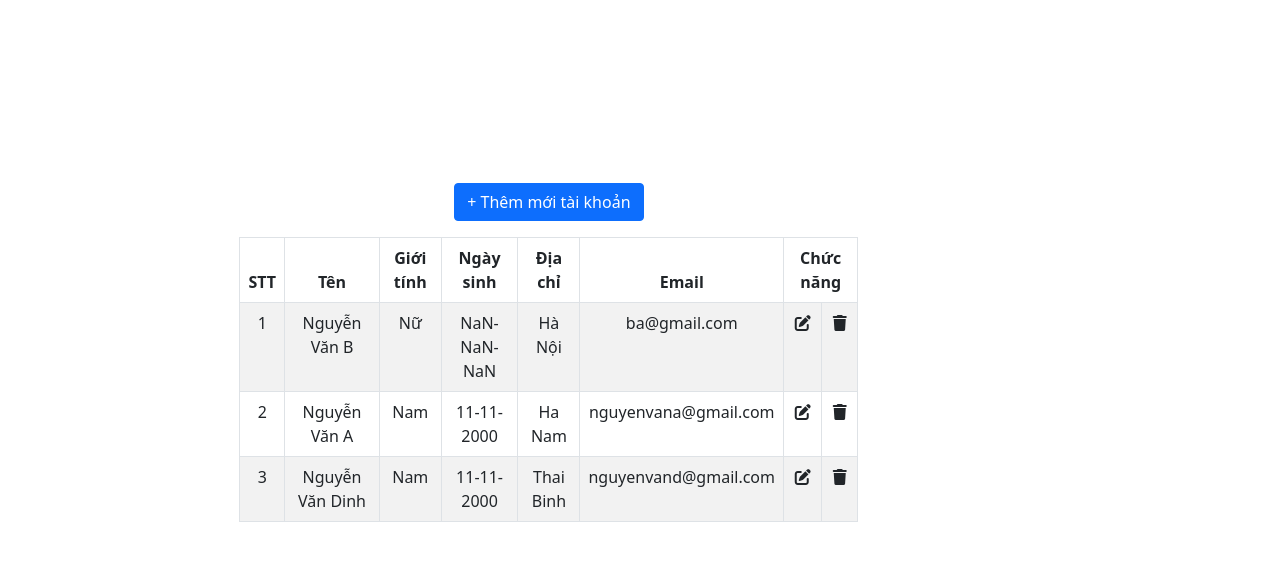
Repository: TinhTT336/MD02_Session12
Page: / (app in client/)
The author's editor kept a copy of each file at every save. The page is drawn from the files as they stood at one save, then again after the next save.
The browser window is 1280 px wide. The pictures show the whole page.
The project was rebuilt for these pictures with package versions that can differ from the ones it lists, and the page was loaded fresh each time. Requests to the local data server were answered from the project's data file. Also part of the build but not shown: client/vite.config.js, client/src/components/admin/manager-product/FormAdd.jsx, client/src/components/admin/manager-product/FormEdit.jsx, client/src/pages/product/ListProduct.jsx, client/src/components/admin/manager-user/FormAddUser.jsx, client/src/components/admin/manager-user/FormEditUser.jsx.

Above is the page before, as saved 2023-09-12 09:27:10.

### client/index.html
<!DOCTYPE html>
<html lang="en">
  <head>
    <meta charset="UTF-8" />
    <link rel="icon" type="image/svg+xml" href="/vite.svg" />
    <meta name="viewport" content="width=device-width, initial-scale=1.0" />
    <title>Vite + React</title>
    <link
      href="https://cdn.jsdelivr.net/npm/bootstrap@5.0.2/dist/css/bootstrap.min.css"
      rel="stylesheet"
      integrity="sha384-EVSTQN3/azprG1Anm3QDgpJLIm9Nao0Yz1ztcQTwFspd3yD65VohhpuuCOmLASjC"
      crossorigin="anonymous"
    />
    <link
      rel="stylesheet"
      href="https://cdnjs.cloudflare.com/ajax/libs/font-awesome/6.4.2/css/all.min.css"
      integrity="sha512-z3gLpd7yknf1YoNbCzqRKc4qyor8gaKU1qmn+CShxbuBusANI9QpRohGBreCFkKxLhei6S9CQXFEbbKuqLg0DA=="
      crossorigin="anonymous"
      referrerpolicy="no-referrer"
    />
  </head>
  <body>
    <div id="root"></div>
    <script type="module" src="/src/main.jsx"></script>
  </body>
</html>

### client/src/App.jsx
import { useState } from 'react'
import reactLogo from './assets/react.svg'
import viteLogo from '/vite.svg'
import './App.css'
import ListProduct from './pages/product/ListProduct'
import ListUser from './pages/admin/ListUser'

function App() {
  const [count, setCount] = useState(0)

  return (
    <>
      {/* <ListProduct /> */}
      <ListUser />
    </>
  )
}

export default App

### client/src/pages/admin/ListUser.jsx
import React, { useEffect, useState } from 'react';
import axios from 'axios';// khong co dau ngoac nhon
import { notification } from 'antd';
import FormAddUser from '../../components/admin/manager-user/FormAddUser';
import FormEditUser from '../../components/admin/manager-user/FormEditUser';
import { formatDate } from '../../utils/formatData';

export default function ListUser() {
    const [users, setUsers] = useState([]);
    const [show, setShow] = useState(false);
    const [showEdit, setShowEdit] = useState(false);
    const [idEdit, setIdEdit] = useState(null);
    // goi API lấy tất cả thông tin
    const loadData = () => {
        axios.get("http://localhost:8000/users")
            .then(response => setUsers(response.data))
            .catch(error => console.log(error))
    }

    useEffect(() => {
        loadData();
    }, [])

    // ham xoa du lieu
    const handleDelete = (id) => {
        axios.delete(`http://localhost:8000/users/${id}`)
            .then(response => {
                if (response.status === 200) {
                    notification.success({
                        message: "Thành công!",
                        description: "Xoá tài khoản thành công"
                    });
                    loadData();
                }
            })
            .catch(error => console.log(error))
    }

    // ham hien form them moi
    const handleShow = () => {
        setShow(true);
    }

    // ham dong form them moi
    const handleClose = () => {
        setShow(false);
    }

    // ham hien form edit
    const handleShowEdit = (id) => {
        setShowEdit(true);
        setIdEdit(id);
    }

    // ham dong form edit
    const handleCloseEdit = () => {
        setShowEdit(false);
    }
    return (
        <>
            {/* Form them moi */}
            {show && <FormAddUser handleClose={handleClose} loadData={loadData} />}
            {/* Form edit */}
            {showEdit && <FormEditUser handleCloseEdit={handleCloseEdit} loadData={loadData} idEdit={idEdit} />}
            <div className='container w-75 d-flex align-items-center justify-content-center flex-column m-3'>
                <div className=''>
                    <button onClick={handleShow} className='btn btn-primary mb-3'>+ Thêm mới tài khoản</button>
                </div>
                <table className='table table-striped table-hover table-bordered'>
                    <thead>
                        <tr>
                            <th style={{ textAlign: "center" }} scope='col'>STT</th>
                            <th style={{ textAlign: "center" }} scope='col'>Tên</th>
                            <th style={{ textAlign: "center" }} scope='col'>Giới tính</th>
                            <th style={{ textAlign: "center" }} scope='col'>Ngày sinh</th>
                            <th style={{ textAlign: "center" }} scope='col'>Địa chỉ</th>
                            <th style={{ textAlign: "center" }} scope='col'>Email</th>
                            <th style={{ textAlign: "center" }} scope='col' colSpan={2}>Chức năng</th>
                        </tr>
                    </thead>
                    <tbody>
                        {users.map((user, index) => (
                            <tr key={user.id}>
                                <td>{index + 1}</td>
                                <td>{user.user_name}</td>
                                <td>{user.gender === 0 ? "Nam" : (user.gender === 1 ? "Nữ" : "Khác")}</td>
                                <td>{formatDate(user.dateOfBirth)}</td>
                                <td>{user.address}</td>
                                <td>{user.email}</td>
                                <td onClick={() => handleShowEdit(user.id)}><i className="fa-solid fa-pen-to-square "></i></td>
                                <td onClick={() => handleDelete(user.id)}><i className="fa-solid fa-trash "></i></td>
                            </tr>
                        ))}
                    </tbody>
                </table>
            </div>
        </>
    )
}

### client/src/utils/formatData.js
/**
 * ham format tien te Viet Nam
 * @param {*} money chuoi tien te can format
 * @returns chuoi tien te da duoc format
 * Author: TinhTT (11/09/2023)
 */
export const formatMoney = (money) => {
  return money.toLocaleString("vi", { style: "currency", currency: "VND" });
};
/**
 * ham dinh dang chuoi thoi gian
 * @param {*} date chuoi thoi gian can dinh dang
 * @returns dinh dang thoi gian theo kieu ngay-thang-nam
 * Author: TinhTT(12/9/2023)
 */
export const formatDate = (date) => {
  // lay ra dinh dang thoi gian cua chuoi dua vao thoi gian thuc
  const today = new Date(date);
  // lay ra nam
  let year = today.getFullYear();
  // lay ra thang
  let month = today.getMonth() + 1;
  if (month > 0 && month < 10) {
    month = `0${month}`;
  }
  // lay ra ngay
  let day = today.getDate();
  // tra ra chuoi can dinh dang
  return `${day}-${month}-${year}`;
};
/**
 * Validate email
 * @param {*} email : chuỗi email cần kiểm tra
 * @returns true nếu đúng định dạng, false nếu sai định dạng
 * Author: NVQUY(12/09/2023)
 */
export const ValidateEmail = (email) => {
  return String(email)
    .toLowerCase()
    .match(
      /^(([^<>()[\]\\.,;:\s@"]+(\.[^<>()[\]\\.,;:\s@"]+)*)|.(".+"))@((\[[0-9]{1,3}\.[0-9]{1,3}\.[0-9]{1,3}\.[0-9]{1,3}\])|(([a-zA-Z\-0-9]+\.)+[a-zA-Z]{2,}))$/
    );
};

### server/db.json
{
  "users": [
    {
      "email": "ba@gmail.com",
      "password": "$2a$10$dR3OnjgY62k9wRyVo5LbNeqOKyZL54t2fqGn3sQJJPeKdv6eA7BPC",
      "user_name": "Nguyễn Văn B",
      "gender": 1,
      "address": "Hà Nội ",
      "dateOfBirth": "20/01/2004",
      "id": 1
    },
    {
      "email": "nguyenvana@gmail.com",
      "password": "$2a$10$19Cnt/n/J/yqyoAFKDjy4.HmmO9ZH/8PjB0.suBV3eBKrZBomKi1O",
      "user_name": "Nguyễn Văn A",
      "gender": 0,
      "dateOfBirth": "11/11/2000",
      "address": "Ha Nam",
      "id": 2
    },
    {
      "email": "nguyenvand@gmail.com",
      "password": "$2a$10$Tz6cvrc/vgRS4QnEr.4qZ.fK3iOzyYLpUpImKREPYkv/5n3Y6PAG2",
      "user_name": "Nguyễn Văn Dinh",
      "gender": 0,
      "dateOfBirth": "11/11/2000",
      "address": "Thai Binh",
      "id": 3
    }
  ],
  "products": [
    {
      "id": 1,
      "product_name": "Cam sanh",
      "price": 20000,
      "from": "mien Tay"
    },
    {
      "id": 2,
      "product_name": "Cam vàng",
      "price": 40000,
      "from": "mien Tay"
    },
    {
      "product_name": "Chôm chôm",
      "price": 35000,
      "from": "Miền Nam",
      "id": 5
    },
    {
      "product_name": "Ổi hồng",
      "price": 40000,
      "from": "Miền Nam",
      "id": 6
    },
    {
      "product_name": "Bưởi da xanh",
      "price": 56000,
      "from": "Miền Nam",
      "id": 7
    }
  ]
}

### client/src/components/admin/manager-product/product.css
.product-container {
  position: fixed;
  bottom: 0;
  top: 0;
  right: 0;
  left: 0;
  background: rgba(0, 0, 0, 0.6);
  display: flex;
  align-items: center;
  justify-content: center;
  min-height: 100vh;
}
.form-container {
  width: 400px;
  padding: 20px;
  background-color: #fff;
  border: 1px solid #3333;
  border-radius: 4px;
}
.form-control {
  background-color: #efefef;
}

Loaded but not shown: client/src/main.jsx (common file); client/src/index.css (common file); client/src/App.css (common file)

After the next save:
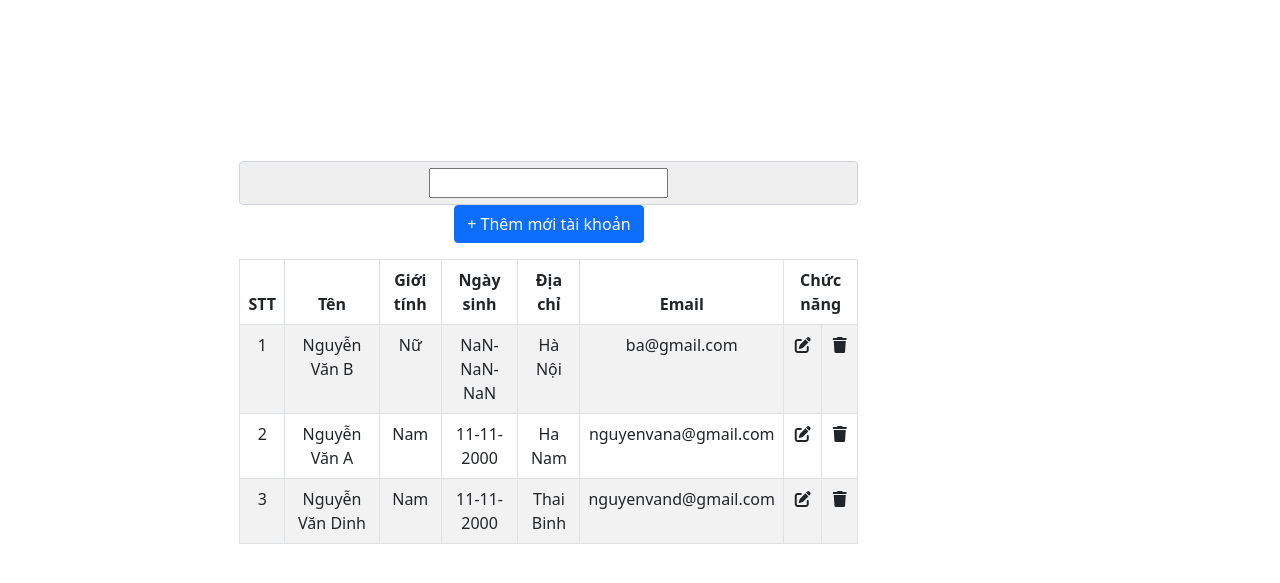
Saved 8 min 55 s later.
--- a/client/src/pages/admin/ListUser.jsx
+++ b/client/src/pages/admin/ListUser.jsx
@@ -63,6 +63,9 @@ export default function ListUser() {
             {/* Form edit */}
             {showEdit && <FormEditUser handleCloseEdit={handleCloseEdit} loadData={loadData} idEdit={idEdit} />}
             <div className='container w-75 d-flex align-items-center justify-content-center flex-column m-3'>
+                <div className="form-control">
+                    <input type="text" name="" id="" />
+                </div>
                 <div className=''>
                     <button onClick={handleShow} className='btn btn-primary mb-3'>+ Thêm mới tài khoản</button>
                 </div>
